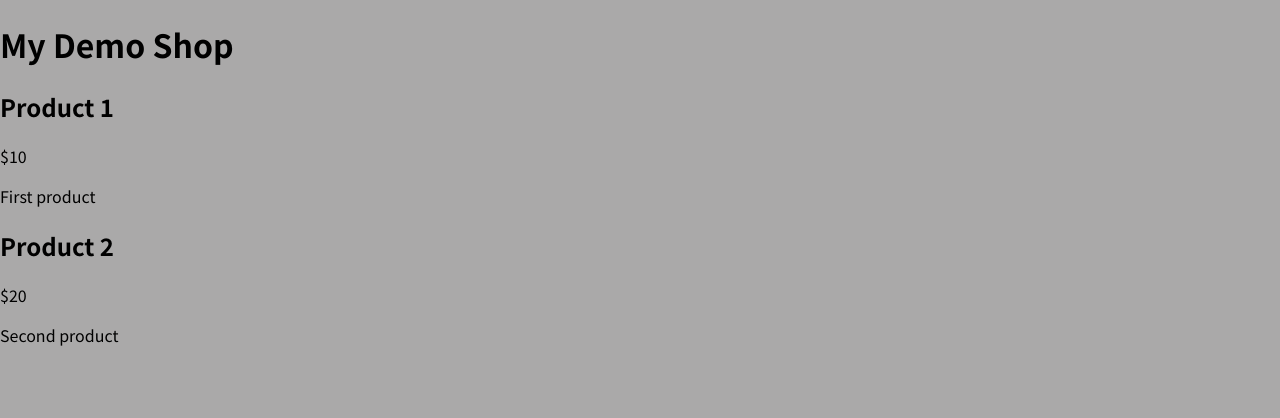
Repository: otvertka/MSC
Page: /
The author's editor kept a copy of each file at every save. The page is drawn from the files as they stood at one save, then again after the next save.
The browser window is 1280 px wide. The pictures show the whole page.
The project was rebuilt for these pictures with package versions that can differ from the ones it lists, and the page was loaded fresh each time.

Above is the page before, as saved 2023-06-18 10:34:08.

### src/index.css
@import url("https://fonts.googleapis.com/css2?family=Noto+Sans+JP:wght@400;700&display=swap");

* {
  box-sizing: border-box;
}

html {
  font-family: "Noto Sans JP", sans-serif;
}

body {
  margin: 0;
  background-color: #aaa9a9;
}

### src/App.js
import ExpenseItem from "./components/ExpenseItem";
import Product from "./components/Product";
import Products from "./components/Product";

function App() {
  const productsArr = [
    {
      Title: "Product 1",
      Price: 10,
      Description: "First product",
    },
    {
      Title: "Product 2",
      Price: 20,
      Description: "Second product",
    },
  ];
  const expenses = [
    {
      id: "e1",
      title: "Toilet Paper",
      amount: 94.12,
      date: new Date(2020, 7, 14),
    },
    { id: "e2", title: "New TV", amount: 799.49, date: new Date(2021, 2, 12) },
    {
      id: "e3",
      title: "Car Insurance",
      amount: 294.67,
      date: new Date(2021, 2, 28),
    },
    {
      id: "e4",
      title: "New Desk (Wooden)",
      amount: 450,
      date: new Date(2021, 5, 12),
    },
  ];
  return (
    <div>
      {/* <h2>Let's get started!</h2>
      <ExpenseItem
        title={expenses[0].title}
        amount={expenses[0].amount}
        date={expenses[0].date}
      />
      <ExpenseItem
        title={expenses[1].title}
        amount={expenses[1].amount}
        date={expenses[1].date}
      />
      <ExpenseItem
        title={expenses[2].title}
        amount={expenses[2].amount}
        date={expenses[2].date}
      />
      <ExpenseItem
        title={expenses[3].title}
        amount={expenses[3].amount}
        date={expenses[3].date}
      /> */}
      <h1>My Demo Shop</h1>
      <Product
        title={productsArr[0].Title}
        price={productsArr[0].Price}
        description={productsArr[0].Description}
      />

      <Product
        title={productsArr[1].Title}
        price={productsArr[1].Price}
        description={productsArr[1].Description}
      />
    </div>
  );
}

export default App;

### src/components/Product.js
import React from "react";

const Product = (props) => {
  return (
    <article className="product">
      <h2>{props.title}</h2>
      <p className="price">${props.price}</p>
      <p>{props.description}</p>
    </article>
  );
};

export default Product;

### src/components/ExpenseItem.js
import "./ExpenseItem.css";

function ExpenseItem(props) {
  return (
    //
    <div className="expense-item">
      <div>{props.date.toISOString()}</div>
      <div className="expense-item__description">
        <h2>{props.title}</h2>
        <div className="expense-item__price">${props.amount}</div>
      </div>
    </div>
  );
}

export default ExpenseItem;

### src/components/ExpenseItem.css
.expense-item {
  display: flex;
  justify-content: space-between;
  align-items: center;
  box-shadow: 0 2px 8px rgba(0, 0, 0, 0.25);
  padding: 0.5rem;
  margin: 1rem 0;
  border-radius: 12px;
  background-color: #4b4b4b;
}

.expense-item__description {
  display: flex;
  flex-direction: column;
  gap: 1rem;
  align-items: flex-end;
  flex-flow: column-reverse;
  justify-content: flex-start;
  flex: 1;
}

.expense-item h2 {
  color: #3a3a3a;
  font-size: 1rem;
  flex: 1;
  margin: 0 1rem;
  color: white;
}

.expense-item__price {
  font-size: 1rem;
  font-weight: bold;
  color: white;
  background-color: #40005d;
  border: 1px solid white;
  padding: 0.5rem;
  border-radius: 12px;
}

@media (min-width: 580px) {
  .expense-item__description {
    flex-direction: row;
    align-items: center;
    justify-content: flex-start;
    flex: 1;
  }

  .expense-item__description h2 {
    font-size: 1.25rem;
  }

  .expense-item__price {
    font-size: 1.25rem;
    padding: 0.5rem 1.5rem;
  }
}

Loaded but not shown: public/index.html (common file); src/index.js (common file)

After the next save:
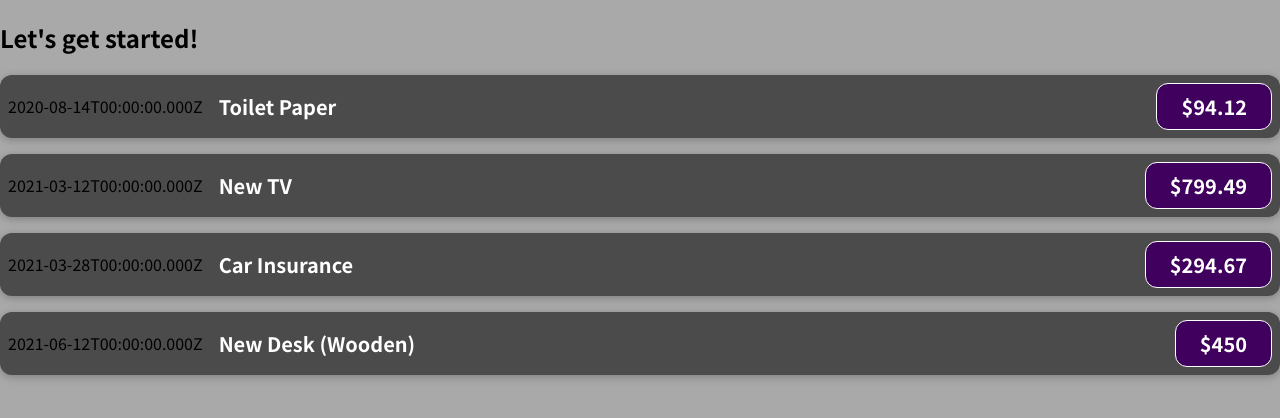
Saved 17 min 15 s later.
--- a/src/App.js
+++ b/src/App.js
@@ -1,20 +1,7 @@
 import ExpenseItem from "./components/ExpenseItem";
-import Product from "./components/Product";
-import Products from "./components/Product";
+// import Products from "./components/Products";
 
 function App() {
-  const productsArr = [
-    {
-      Title: "Product 1",
-      Price: 10,
-      Description: "First product",
-    },
-    {
-      Title: "Product 2",
-      Price: 20,
-      Description: "Second product",
-    },
-  ];
   const expenses = [
     {
       id: "e1",
@@ -38,7 +25,7 @@ function App() {
   ];
   return (
     <div>
-      {/* <h2>Let's get started!</h2>
+      <h2>Let's get started!</h2>
       <ExpenseItem
         title={expenses[0].title}
         amount={expenses[0].amount}
@@ -58,18 +45,6 @@ function App() {
         title={expenses[3].title}
         amount={expenses[3].amount}
         date={expenses[3].date}
-      /> */}
-      <h1>My Demo Shop</h1>
-      <Product
-        title={productsArr[0].Title}
-        price={productsArr[0].Price}
-        description={productsArr[0].Description}
-      />
-
-      <Product
-        title={productsArr[1].Title}
-        price={productsArr[1].Price}
-        description={productsArr[1].Description}
       />
     </div>
   );
